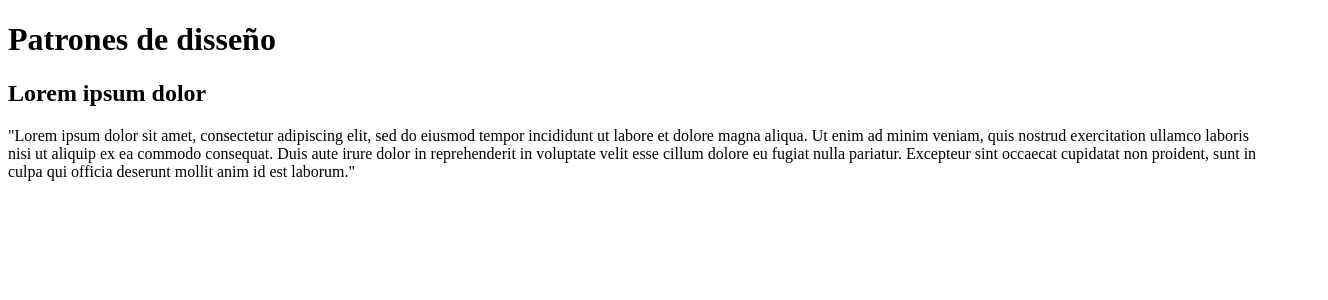
Repository: nrsWebs/design-pattern-es
Page: index.html
An editor plug-in stored every save of this project. The page is shown before and after the next save, followed by the edit.
The browser window is 1280 px wide. The page is 1280 px wide, then 1328 px, so the pictures cover 1328 px, including what lies to the right of the window. The pictures show the whole page.

Above is the page before, as saved 2021-02-06 18:48:38.

After the next save:
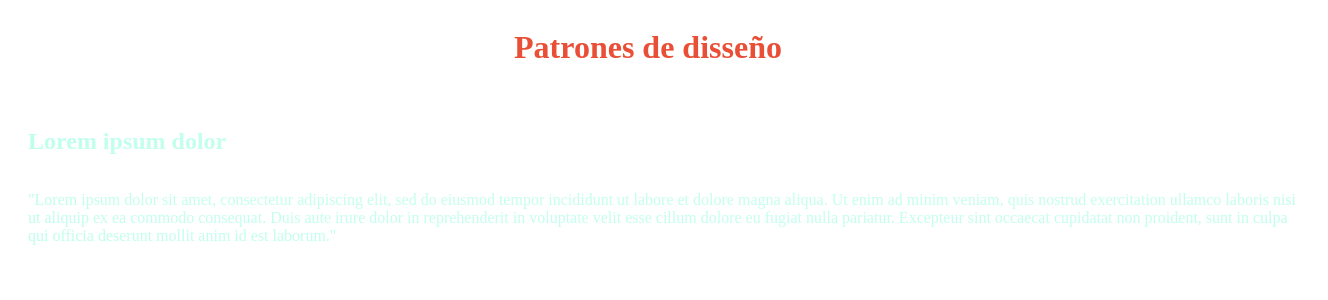
Saved 4 s later.
--- a/source/main.css
+++ b/source/main.css
@@ -4,7 +4,7 @@
     --auxiliar: #B5FFE9;
   }
 body {
-    background-image: ('source/images/colored-rocket-minimalism-wallpaper.jpg';
+    background-image: ('source/images/colored-rocket-minimalism-wallpaper.jpg');
     display: flex;
     justify-content: center;
     width: 100%;
